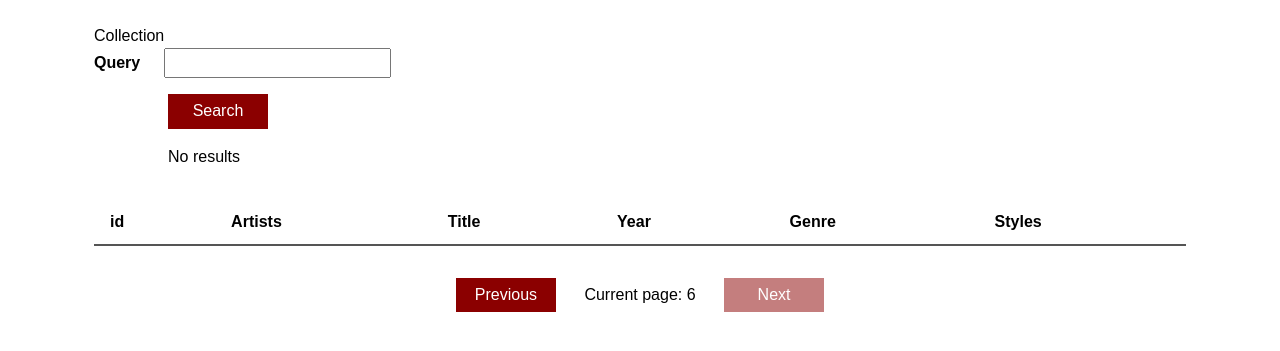
Repository: ivan-baljkas/pristupni_zadatak
Page: / (app in frontend/react-akademija-master/)
The author's editor kept a copy of each file at every save. The page is drawn from the files as they stood at one save, then again after the next save.
The browser window is 1280 px wide. The pictures show the whole page.
The page's requests for data from a server got no answer. The project was rebuilt for these pictures with package versions that can differ from the ones it lists, and the page was loaded fresh each time. No one was signed in, and anything a server would have sent is missing. Also part of the build but not shown: frontend/react-akademija-master/src/components/TableItem.jsx.

Above is the page before, as saved 2021-07-22 12:08:16.

### frontend/react-akademija-master/public/index.html
<!DOCTYPE html>
<html lang="en">
  <head>
    <meta charset="utf-8" />
    <link rel="icon" href="%PUBLIC_URL%/favicon.ico" />
    <meta name="viewport" content="width=device-width, initial-scale=1" />
    <meta name="theme-color" content="#000000" />
    <meta
      name="description"
      content="Web site created using create-react-app"
    />
    <link rel="apple-touch-icon" href="%PUBLIC_URL%/logo192.png" />
    <!--
      manifest.json provides metadata used when your web app is installed on a
      user's mobile device or desktop. See https://developers.google.com/web/fundamentals/web-app-manifest/
    -->
    <link rel="manifest" href="%PUBLIC_URL%/manifest.json" />
    <!--
      Notice the use of %PUBLIC_URL% in the tags above.
      It will be replaced with the URL of the `public` folder during the build.
      Only files inside the `public` folder can be referenced from the HTML.

      Unlike "/favicon.ico" or "favicon.ico", "%PUBLIC_URL%/favicon.ico" will
      work correctly both with client-side routing and a non-root public URL.
      Learn how to configure a non-root public URL by running `npm run build`.
    -->
    <link rel="stylesheet" type="text/css" href="https://cdnjs.cloudflare.com/ajax/libs/normalize/8.0.1/normalize.min.css">
    <title>Ivan Baljkas</title>
  </head>
  <body>
    <noscript>You need to enable JavaScript to run this app.</noscript>
    <div id="root"></div>
    <!--
      This HTML file is a template.
      If you open it directly in the browser, you will see an empty page.

      You can add webfonts, meta tags, or analytics to this file.
      The build step will place the bundled scripts into the <body> tag.

      To begin the development, run `npm start` or `yarn start`.
      To create a production bundle, use `npm run build` or `yarn build`.
    -->
  </body>
</html>

### frontend/react-akademija-master/src/index.css
body {
  margin: 0;
  font-family: -apple-system, BlinkMacSystemFont, "Segoe UI", "Roboto", "Oxygen",
    "Ubuntu", "Cantarell", "Fira Sans", "Droid Sans", "Helvetica Neue",
    sans-serif;
  -webkit-font-smoothing: antialiased;
  -moz-osx-font-smoothing: grayscale;
}

body {
  max-width: 1140px;
  margin: 0 auto;
  padding: 24px;
  font-family: Arial, sans-serif;
  font-size: 16px;
  line-height: 1.5;
}

h1 {
  margin-top: 0;
}

html {
  box-sizing: border-box;
}
*,
*:before,
*:after {
  box-sizing: inherit;
}

table {
  border-collapse: collapse;
  text-align: left;
  margin-bottom: 2em;
  width: 100%;
}

thead {
  border-bottom: 2px solid #555;
}

thead th,
td {
  padding: 0.6em 1em;
}

tbody tr:nth-child(even) {
  background-color: #e9e9e9;
}

.pagination {
  text-align: center;
}

button {
  margin: 0 1.5em;
  background-color: darkred;
  color: white;
  border-width: 0;
  padding: 0.5em 1em;
  min-width: 100px;
}

button:disabled {
  opacity: 0.5;
}

.stats {
  border-bottom: 1px solid #555;
  padding-bottom: 1em;
  margin-bottom: 1em;
  text-align: center;
}

form div {
  margin-bottom: 1em;
}

form {
  margin-bottom: 2em;
}

form label {
  display: inline-block;
  min-width: 70px;
}

form button,
.result {
  margin-left: 74px;
}

form input {
  padding: 0.25em 0.5em;
}

form label {
  font-weight: bold;
}

### frontend/react-akademija-master/src/App.js
import React, {useState, useEffect} from "react";
import { SearchForm } from "./components/SearchForm";
import { CollectionTable } from "./components/CollectionTable";
import { TableItem } from "./components/TableItem";
import { Pagination } from "./components/Pagination";
//import data from "./data.json";


const App = () => {

  const [state, setState]= useState({
      results:[],
      currentPage:6,
      searchQuery:'',
      pages:6
  });

  const [queryResult, setQueryResult]= useState('No results');


  /* Dohvaćanje kolekcije */
useEffect(() => {
  fetch(`https://api.discogs.com/users/adrianmusiccollector/collection/folders/0/releases?page=${state.currentPage}`)
    /* Dohvaćanje API URL-a sa prosljeđenom paginacijom */
    .then((data) => data.json())
    .then((data) => {
      /* Dopuniti sa state update funkcijom */
      const items = data.releases
      setState({...state, results:items})
    })
    .catch((error)=>{
        console.log('Error: ',error);
    });
}, []);

const handleSearch = (event) => {

  fetch(
    `https://api.discogs.com/database/search?q=${state.searchQuery}&key=OxnCHJEetGbikaamOyaK&secret=wQCIuWuanmRVVeWqNVFWMfSJldHbqnAi`
  )
    .then((data) => data.json())
    .then((data) => {
      setQueryResult(
        Boolean(data.results.length) ? data.results[0].title : "No results"
      );
    });
};




  return (
    <div>
      <header>
        Collection
      </header>
      <SearchForm state={state} queryState={[queryResult, setQueryResult]} handleSearch={handleSearch} >
          {queryResult}
        </SearchForm>
        <CollectionTable>
        {state.results.map(release=>(
          <TableItem id={release.id} {...release}/>
        ))}
        </CollectionTable>
        <Pagination currentPage={state.currentPage} pages={6} />
    </div>
  );
};

export default App;

### frontend/react-akademija-master/src/components/SearchForm.jsx
import React, { Component } from 'react'

export const SearchForm = (props) =>{

    return(
        <div>
            <form  onClick={props.handleSearch()}>
            <div>

                <label htmlFor="query">Query </label>
                <input type="text" id="query"/>
            </div>
            <div>
                <button type="submit">Search</button>
                <p class="result">{props.children}</p>
            </div>

            </form>

        </div>
    );
};

### frontend/react-akademija-master/src/components/CollectionTable.jsx
import React, { Component } from 'react'
import { TableItem } from './TableItem';
export const CollectionTable = (props) =>{

    return(
        <div>
            <table>
            <thead>
                <tr>
                    <th>id</th>
                    <th>Artists</th>
                    <th>Title</th>
                    <th>Year</th>
                    <th>Genre</th>
                    <th>Styles</th>
                </tr>
            </thead>
             <tbody>
                {props.children}
            </tbody>

            </table>
        </div>
    );
};

### frontend/react-akademija-master/src/components/Pagination.jsx
import React, { Component } from 'react'

export const Pagination = (props) =>{

    return(
        <div className="pagination">
            <button type="button" disabled = {props.currentPage === 1}>Previous</button>
             <span>  Current page:  {props.currentPage} </span>
             <button type="button"disabled = {props.currentPage === props.pages}>Next</button>
        </div>
    );
};

Loaded but not shown: frontend/react-akademija-master/src/index.js (common file); frontend/react-akademija-master/src/reportWebVitals.js (common file)

After the next save:
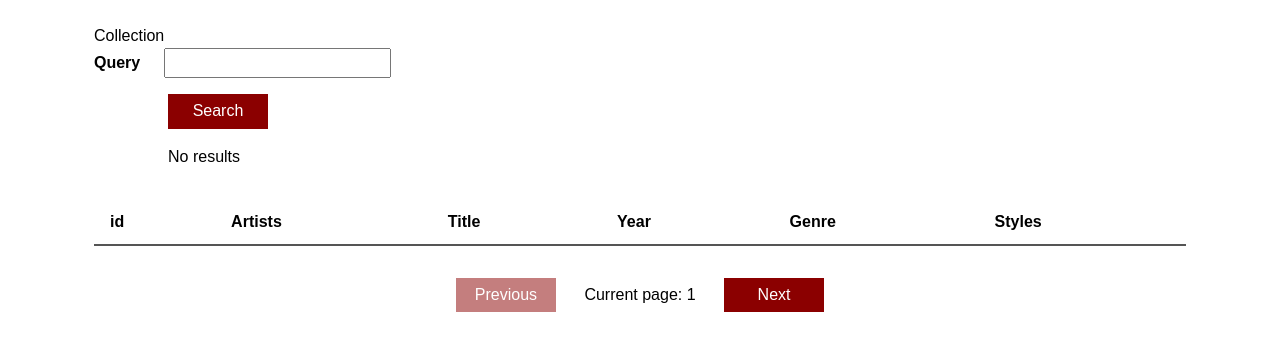
Saved 7 s later.
--- a/frontend/react-akademija-master/src/App.js
+++ b/frontend/react-akademija-master/src/App.js
@@ -10,7 +10,7 @@
 
   const [state, setState]= useState({
       results:[],
-      currentPage:6,
+      currentPage:1,
       searchQuery:'',
       pages:6
   });

After the save that followed:
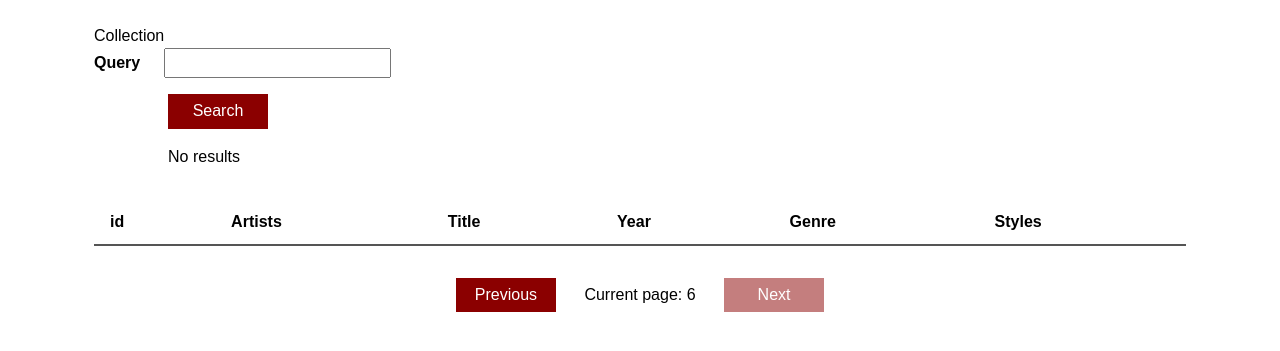
Saved 8 s later.
--- a/frontend/react-akademija-master/src/App.js
+++ b/frontend/react-akademija-master/src/App.js
@@ -10,7 +10,7 @@
 
   const [state, setState]= useState({
       results:[],
-      currentPage:1,
+      currentPage:6,
       searchQuery:'',
       pages:6
   });
